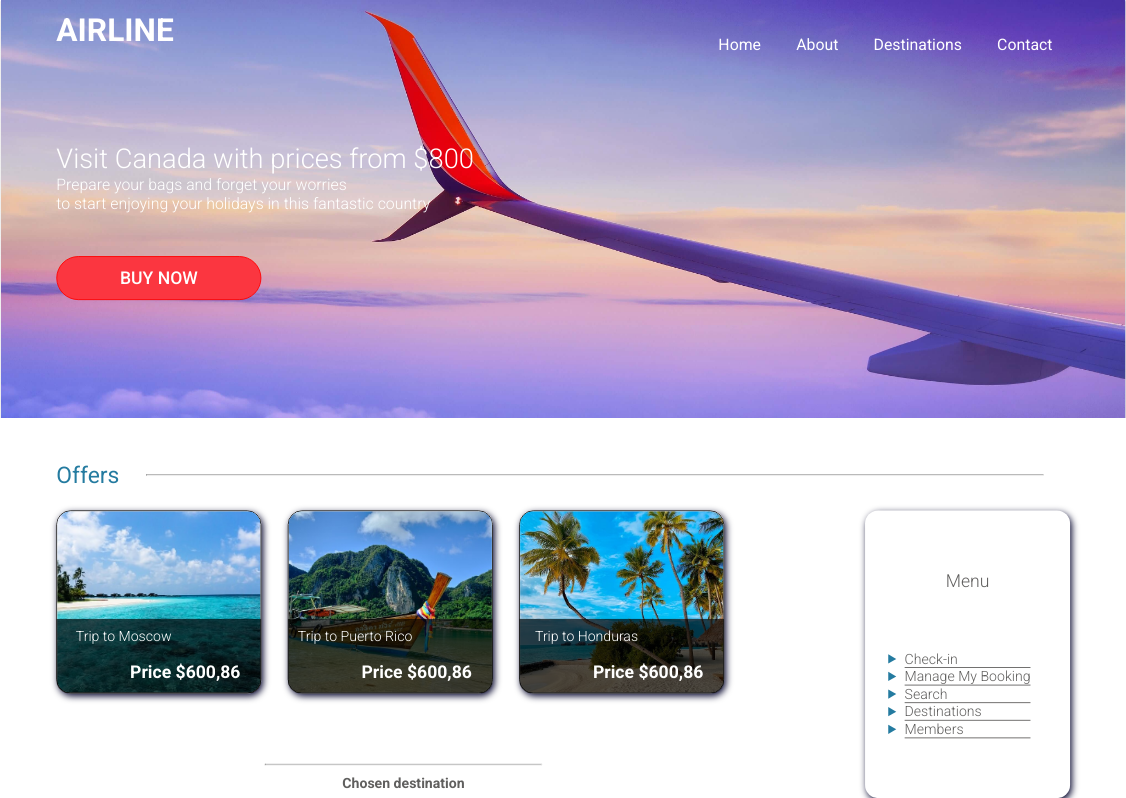
Repository: Cherced/AIRLINES
Page: /
An editor plug-in stored every save of this project. The page is shown before and after the next save, followed by the edit.
The browser window is 1280 px wide. The pictures show the whole page, at 88% of full size.
The project was rebuilt for these pictures with package versions that can differ from the ones it lists, and the page was loaded fresh each time. The framework's server and built-in components were replaced by stand-ins that run in the browser. Also part of the build but not shown: components/atoms/Footer/SocialMedia.jsx, components/atoms/Footer/MoreToUs.jsx, components/molecules/Footer.jsx.

Above is the page before, as saved 2022-06-30 14:59:35.

### pages/_app.js
import '../sass/global.scss'

function MyApp({ Component, pageProps }) {

    return <Component {...pageProps} />

  }

  export default MyApp

### pages/_document.js
import Document, { Html, Head, Main, NextScript } from 'next/document'

export default class MyDocument extends Document {
  render() {
    return (
      <Html>
        <Head />
        <body>
          <Main />
          <div id="myportal"></div>
          <NextScript />
        </body>
      </Html>
    )
  }
}

### pages/index.js
import React from 'react'
import { Banner } from '../components/molecules/Banner'
import { Offers } from '../components/molecules/Offers'
import {Footer} from '../components/molecules/Footer'

const Home = () => {
  return (
    <React.Fragment>
        <Banner/>
        <Offers/>
    </React.Fragment>
  )
}

export default Home

### sass/global.scss
@import "./settings";
@import "./Elements/banner";
@import "./Elements/offerts";

### components/molecules/Banner.jsx
import React from 'react'
import { Header } from '../atoms/BannerStaff/Header'
import { Promotion } from '../atoms/BannerStaff/Promotion'

export const Banner = () => {
  return (
    <main className="main-Banner--Container">
        <Header/>
        <Promotion/>
    </main>
  )
}

### components/molecules/Offers.jsx
import React from 'react'
import {TripsOffer} from '../atoms/Offerts/TripsOffer'
import { Menu } from '../atoms/Offerts/Menu'

export const Offers = () => {
  return (
    <section className="offers-Section--Container">
    <div className="offers-Title--Container">
        <h1>Offers</h1> <hr />
    </div>
    <div className="offers-BoxModel--Container">
        <div className="offers-BoxModel-Content">
        <TripsOffer/>
        <hr />
        <h3>Chosen destination</h3>
        </div>
        <Menu/>
    </div>
    </section>
  )
}

### sass/_settings.scss
//fonts:
@import url('https://fonts.googleapis.com/css2?family=Inter:wght@100;200;300;500;600;700;800;900&family=Roboto:ital,wght@0,100;0,300;0,400;0,500;0,700;0,900;1,100;1,300;1,400;1,500;1,700;1,900&display=swap');

$preSetFont: 'Roboto', sans-serif;

*{
    box-sizing: border-box;
    margin: 0;
    padding: 0;
}

### sass/Elements/_banner.scss
@import "../components/Banner/header";
@import "../components/Banner/promotion";

.main-Banner--Container{
    height: 475px;
    width: 100%;
    background-image: url("../../public/images/plane.jpg");
    background-size: cover;
    background-repeat: no-repeat;
    display: flex;
    flex-direction: column;
    align-items: center;
}

### sass/components/Banner/_header.scss
.header--Container {
    width: 90%;
    height: 70px;
    display: flex;
    align-items: center;
    justify-content: space-between;

    h1{
        font-family: $preSetFont;
        font-size: 36px;
        text-align: left;
        color: white;
        letter-spacing: 0px;
    }

    .navBar--Container {
        color: white;
        opacity: 1;

        .itmes-Navbar--Container {
            list-style: none;
            display: flex;
            height: 70px;

            li {
                width: auto;
                padding: 40px 20px 0 20px;

                a {
                    font-family: $preSetFont;
                    font-size: 18px;
                    letter-spacing: 0px;
                }

                a:hover {
                    border-bottom: 2px solid white;
                }
            }
        }
    }
}

### sass/components/Banner/_promotion.scss
.promotions--Container {
    height: 405px;
    width: 90%;
    display: flex;
    flex-direction: column;
    align-items: flex-start;
    margin-top: 92px;

    h1 {
        text-align: left;
        font-family: $preSetFont;
        font-size: 31px;
        font-weight: 300;
        letter-spacing: 0px;
        opacity: 1;
        color: white;
    }

    p {
        width: 440px;
        text-align: left;
        font-family: $preSetFont;
        font-size: 18px;
        font-weight: 300;
        letter-spacing: 0px;
        color: #FFFFFF;
        opacity: 1;
    }

    .buyNowBtn {
        margin-top: 50px;
        background: #FB3640;
        width: 233px;
        height: 50px;
        font-family: $preSetFont;
        text-align: center;
        font: normal normal 500 20px/24px Roboto;
        letter-spacing: 0px;
        color: #FFFFFF;
        opacity: 1;
        border-radius: 60px;
        border: 1px solid red;
    }
}

### sass/Elements/_offerts.scss
.offers-Section--Container {
    width: 100vw;
    display: flex;
    flex-direction: column;
    align-items: center;
    justify-content: center;

    .offers-Title--Container {
        padding-top: 65px;
        width: 90%;
        height: 50px;
        display: flex;
        align-items: center;

        h1 {
            color: #247BA0;
            text-align: left;
            font: normal normal 400 26px/32px Roboto;
            letter-spacing: 0px;
            color: #247BA0;
            opacity: 1;
        }

        hr {
            margin: 0 30px;
            width: 90%;
        }
    }

    .offers-BoxModel--Container {
        width: 90%;
        display: flex;
        justify-content: space-between;
        margin-top: 40px;

        .offers-BoxModel-Content {
            display: flex;
            flex-direction: column;
            align-items: center;

            .promotional-Cards--Container {
                display: flex;
                margin-bottom: 70px;

                .promotionalCard {
                    width: 233px;
                    height: 208px;
                    border-radius: 60px;
                    margin-right: 30px;

                    img {
                        border: 1px solid black;
                        box-shadow: 2px 3px 8px #000029;
                        opacity: 1;
                        width: 100%;
                        height: 100%;
                        border-radius: 16px;
                        object-fit: cover;
                        z-index: -1;
                    }

                    .promotionalCard--Info {
                        position: relative;
                        height: 85px;
                        top: -89px;
                        background: rgba(0, 0, 0, 0.6784313725) 0% 0% no-repeat padding-box;
                        border-radius: 0px 0px 15px 15px;
                        opacity: 1;
                        display: flex;
                        flex-direction: column;
                        align-items: center;

                        p {
                            text-align: left;
                            font: normal normal 300 16px/19px Roboto;
                            letter-spacing: 0px;
                            color: #FFFFFF;
                            opacity: 1;
                            padding-top: 10px;
                            padding-right: 90px;
                            padding-left: 10px;
                        }

                        h1 {
                            text-align: left;
                            font: normal normal bold 20px/24px Roboto;
                            letter-spacing: 0px;
                            color: #FFFFFF;
                            opacity: 1;
                            padding-top: 20px;
                            padding-left: 60px;
                        }
                    }
                }

            }

            hr {
                width: 40%;
                margin: 10px 0 10px;
            }

            h3 {
                text-align: left;
                font: normal normal bold 16px/19px Roboto;
                letter-spacing: 0px;
                color: #605F5E;
                opacity: 1;
            }

        }

        .menuAside--Container {
            width: 233px;
            height: 327px;
            display: flex;
            box-shadow: 2px 3px 8px #000029;
            flex-direction: column;
            align-items: center;
            justify-content: space-evenly;
            border-radius: 15px;

            h1 {
                text-align: left;
                font: normal normal 300 20px/24px Roboto;
                letter-spacing: 0px;
                color: #605F5E;
                opacity: 1;
            }

            ul {
                list-style-type: disclosure-closed;
                color: #247BA0;

                li {
                    a{
                        text-align: left;
                        font: normal normal 300 16px/19px Roboto;
                        letter-spacing: 0px;
                        color: #605F5E;
                        opacity: 1;
                    }
                   border-bottom: 0.5px solid #605F5E;
                }
            }
        }
    }

}

### components/atoms/BannerStaff/Header.jsx
import React from 'react'

export const Header = () => {
  return (
    <header className="header--Container">
        <h1>AIRLINE</h1>
        <nav className="navBar--Container">
            <ul className="itmes-Navbar--Container">
                <li><a>Home</a></li>
                <li><a>About</a></li>
                <li><a>Destinations</a></li>
                <li><a>Contact</a></li>
            </ul>
        </nav>
    </header>
  )
}

### components/atoms/BannerStaff/Promotion.jsx
import React from 'react'

export const Promotion = () => {
  return (
    <div className="promotions--Container">
        <h1>Visit Canada with prices from $800</h1>
        <p>Prepare your bags and forget your worries</p>
        <p> to start enjoying your holidays in this fantastic country</p>
        <button className="buyNowBtn" type="button">BUY NOW</button>
    </div>
  )
}

### components/atoms/Offerts/TripsOffer.jsx
import React from 'react'

export const TripsOffer = () => {
  return (
    <div className="promotional-Cards--Container">
        <div className="promotionalCard">
            <img src="/images/moscow.jpg" alt="moscu"/>
            <div className="promotionalCard--Info">
                <p>
                Trip to Moscow
                </p>
                <h1>Price $600,86</h1>
            </div>
        </div>
        <div className="promotionalCard">
            <img src="/images/puerto-rico.jpg" alt="puerrtorro"/>
            <div className="promotionalCard--Info">
                <p>
                Trip to Puerto Rico
                </p>
                <h1>Price $600,86</h1>
            </div>
        </div>
        <div className="promotionalCard">
            <img src="/images/honduras.jpg" alt="honduras"/>
            <div className="promotionalCard--Info">
                <p>
                Trip to Honduras
                </p>
                <h1>Price $600,86</h1>
            </div>
        </div>
    </div>
  )
}

### components/atoms/Offerts/Menu.jsx
import React from 'react'

export const Menu = () => {
  return (
    <aside className="menuAside--Container">
        <h1>Menu</h1>
        <ul className="menuAside-Navbar--Container">
            <li><a>Check-in</a></li>
            <li><a>Manage My Booking</a></li>
            <li><a>Search</a></li>
            <li><a>Destinations</a></li>
            <li><a>Members</a></li>
        </ul>
    </aside>
  )
}

After the next save:
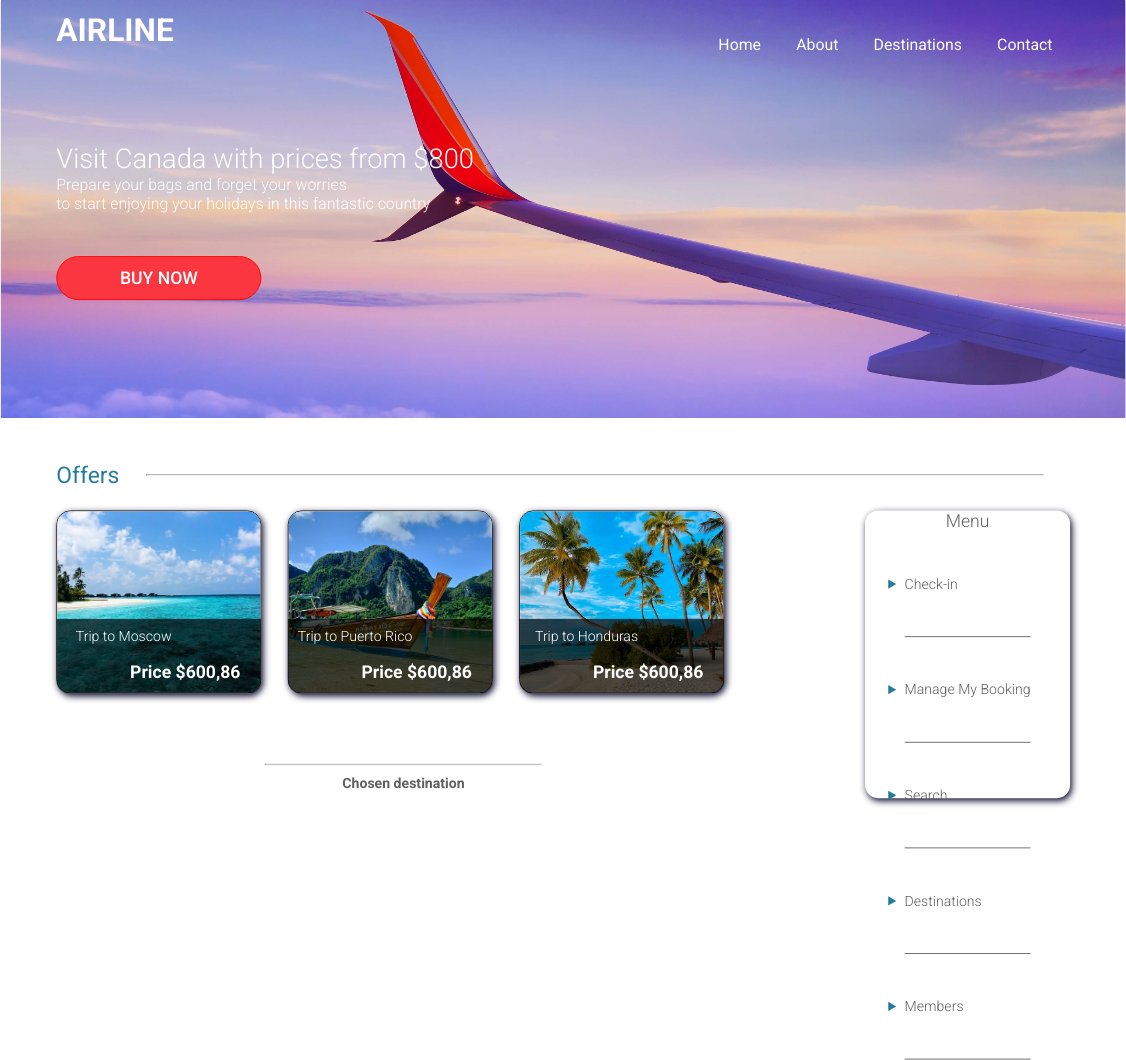
Saved 42 s later.
--- a/sass/Elements/_offerts.scss
+++ b/sass/Elements/_offerts.scss
@@ -133,6 +133,7 @@
                 color: #247BA0;
 
                 li {
+                    padding: 50px 0;
                     a{
                         text-align: left;
                         font: normal normal 300 16px/19px Roboto;
